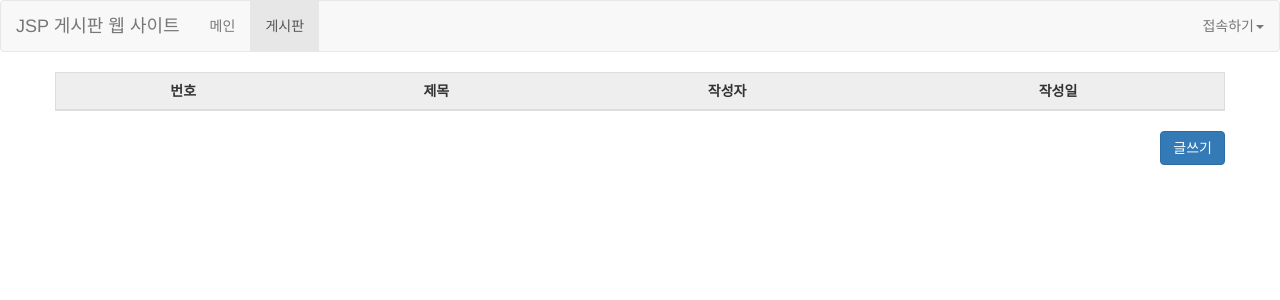
Repository: dbfjd01/save
Page: http://localhost/BBS/bbs.jsp
The author's editor kept a copy of each file at every save. The page is drawn from the files as they stood at one save, then again after the next save.
The browser window is 1280 px wide. The pictures show the whole page.
Some web libraries are served in a nearby version. The page is served by Tomcat 9. Other server files are loaded and not shown. Queries for data that is not in the repository find no rows.

Above is the page before, as saved 2021-07-02 06:56:34.

### Test/BBS/src/main/webapp/bbs.jsp
<%@ page language="java" contentType="text/html; charset=UTF-8"
    pageEncoding="UTF-8"%>
<%@ page import="java.io.PrintWriter" %>
<%@ page import="bbs.BbsDAO" %>
<%@ page import="bbs.Bbs" %>
<%@ page import="java.util.ArrayList" %>
<!DOCTYPE html>
<html>
<head>
<meta charset="UTF-8">
<!-- 화면 최적화 -->
<meta name="viewport" content="width-device-width", initial-scale="1">
<!-- 루트 폴더에 부트스트랩을 참조하는 링크 -->
<link rel="stylesheet" href="css/bootstrap.css">
<title>JSP 게시판 웹 사이트</title>
<style type="text/css">
	a, a:hover{
		color: #000000;
		text-decoration: none;
	}
</style>
</head>
<body>
	<%
		// 메인 페이지로 이동했을 때 세션에 값이 담겨있는지 체크
		String userID = null;
		if(session.getAttribute("userID") != null){
			userID = (String)session.getAttribute("userID");
		}
		int pageNumber = 1; //기본은 1 페이지를 할당
		// 만약 파라미터로 넘어온 오브젝트 타입 'pageNumber'가 존재한다면
		// 'int'타입으로 캐스팅을 해주고 그 값을 'pageNumber'변수에 저장한다
		if(request.getParameter("pageNumber") != null){
			pageNumber = Integer.parseInt(request.getParameter("pageNumber"));
		}
	%>
	<nav class="navbar navbar-default"> <!-- 네비게이션 -->
		<div class="navbar-header"> 	<!-- 네비게이션 상단 부분 -->
			<!-- 네비게이션 상단 박스 영역 -->
			<button type="button" class="navbar-toggle collapsed"
				data-toggle="collapse" data-target="#bs-example-navbar-collapse-1"
				aria-expanded="false">
				<!-- 이 삼줄 버튼은 화면이 좁아지면 우측에 나타난다 -->
				<span class="icon-bar"></span>
				<span class="icon-bar"></span>
				<span class="icon-bar"></span>
			</button>
			<!-- 상단 바에 제목이 나타나고 클릭하면 main 페이지로 이동한다 -->
			<a class="navbar-brand" href="main.jsp">JSP 게시판 웹 사이트</a>
		</div>
		<!-- 게시판 제목 이름 옆에 나타나는 메뉴 영역 -->
		<div class="collapse navbar-collapse" id="bs-example-navbar-collapse-1">
			<ul class="nav navbar-nav">
				<li><a href="main.jsp">메인</a></li>
				<li class="active"><a href="bbs.jsp">게시판</a></li>
			</ul>
			<%
				// 로그인 하지 않았을 때 보여지는 화면
				if(userID == null){
			%>
			<!-- 헤더 우측에 나타나는 드랍다운 영역 -->
			<ul class="nav navbar-nav navbar-right">
				<li class="dropdown">
					<a href="#" class="dropdown-toggle"
						data-toggle="dropdown" role="button" aria-haspopup="true"
						aria-expanded="false">접속하기<span class="caret"></span></a>
					<!-- 드랍다운 아이템 영역 -->
					<ul class="dropdown-menu">
						<li><a href="login.jsp">로그인</a></li>
						<li><a href="join.jsp">회원가입</a></li>
					</ul>
				</li>
			</ul>
			<%
				// 로그인이 되어 있는 상태에서 보여주는 화면
				}else{
			%>
			<!-- 헤더 우측에 나타나는 드랍다운 영역 -->
			<ul class="nav navbar-nav navbar-right">
				<li class="dropdown">
					<a href="#" class="dropdown-toggle"
						data-toggle="dropdown" role="button" aria-haspopup="true"
						aria-expanded="false">회원관리<span class="caret"></span></a>
					<!-- 드랍다운 아이템 영역 -->
					<ul class="dropdown-menu">
						<li><a href="logoutAction.jsp">로그아웃</a></li>
					</ul>
				</li>
			</ul>
			<%
				}
			%>
		</div>
	</nav>
	<!-- 네비게이션 영역 끝 -->

	<!-- 게시판 메인 페이지 영역 시작 -->
	<div class="container">
		<div class="row">
			<table class="table table-striped" style="text-align: center; border: 1px solid #dddddd">
				<thead>
					<tr>
						<th style="background-color: #eeeeee; text-align: center;">번호</th>
						<th style="background-color: #eeeeee; text-align: center;">제목</th>
						<th style="background-color: #eeeeee; text-align: center;">작성자</th>
						<th style="background-color: #eeeeee; text-align: center;">작성일</th>
					</tr>
				</thead>
				<tbody>
					<%
						BbsDAO bbsDAO = new BbsDAO(); // 인스턴스 생성
						ArrayList<Bbs> list = bbsDAO.getList(pageNumber);
						for(int i = 0; i < list.size(); i++){
					%>
					<tr>
						<td><%= list.get(i).getBbsID() %></td>
						<!-- 게시글 제목을 누르면 해당 글을 볼 수 있도록 링크를 걸어둔다 -->
						<td><a href="view.jsp?bbsID=<%= list.get(i).getBbsID() %>">
							<%= list.get(i).getBbsTitle() %></a></td>
						<td><%= list.get(i).getUserID() %></td>
						<!-- 시간표시 -->
					</tr>
					<%
						}
					%>
				</tbody>
			</table>

			<!-- 페이징 처리 영역 -->
			<%
				if(pageNumber != 1){
			%>
				<a href="bbs.jsp?pageNumber=<%=pageNumber - 1 %>"
					class="btn btn-success btn-arraw-left">이전</a>
			<%
				}if(bbsDAO.nextPage(pageNumber + 1)){
			%>
				<a href="bbs.jsp?pageNumber=<%=pageNumber + 1 %>"
					class="btn btn-success btn-arraw-left">다음</a>
			<%
				}
			%>

			<!-- 글쓰기 버튼 생성 -->
			<a href="write.jsp" class="btn btn-primary pull-right">글쓰기</a>
		</div>
	</div>
	<!-- 게시판 메인 페이지 영역 끝 -->

	<!-- 부트스트랩 참조 영역 -->
	<script src="https://code.jquery.com/jquery-3.1.1.min.js"></script>
	<script src="js/bootstrap.js"></script>
</body>
</html>

### Test/BBS/src/main/java/bbs/BbsDAO.java
package bbs;

import java.sql.Connection;
import java.sql.DriverManager;
import java.sql.PreparedStatement;
import java.sql.ResultSet;
import java.util.ArrayList;

public class BbsDAO {
	private Connection conn;
	private ResultSet rs;

	//기본 생성자
	public BbsDAO() {
		try {
			String dbURL="jdbc:oracle:thin:@localhost:1521:xe";
			String dbID="bb";
			String dbPassword="bb";
			Class.forName("oracle.jdbc.driver.OracleDriver");
			conn=DriverManager.getConnection(dbURL,dbID,dbPassword);
		}catch (Exception e) {
			e.printStackTrace();
		}
	}

	//작성일자 메소드
		public String getDate() {
			String sql = "select bbsDate from bbs";
			try {
				PreparedStatement pstmt = conn.prepareStatement(sql);
				rs = pstmt.executeQuery();
				if(rs.next()) {
					return rs.getString(1);
				}
			}catch (Exception e) {
				e.printStackTrace();
			}
			return ""; //데이터베이스 오류
		}

	//게시글 번호 부여 메소드
	public int getNext() {
		//현재 게시글을 내림차순으로 조회하여 가장 마지막 글의 번호를 구한다
		String sql = "select bbsID from bbs order by bbsID desc";
		try {
			PreparedStatement pstmt = conn.prepareStatement(sql);
			rs = pstmt.executeQuery();
			if(rs.next()) {
				return rs.getInt(1) + 1;
			}
			return 1; //첫 번째 게시물인 경우
		}catch (Exception e) {
			e.printStackTrace();
		}
		return -1; //데이터베이스 오류
	}

	//글쓰기 메소드
	public int write(String bbsTitle, String userID, String bbsContent) {
		String sql = "insert into bbs values(?, ?, ?, ?, ?, ?)";
		try {
			PreparedStatement pstmt = conn.prepareStatement(sql);
			pstmt.setInt(1, getNext());
			pstmt.setString(2, bbsTitle);
			pstmt.setString(3, userID);
			pstmt.setString(4, getDate());
			pstmt.setString(5, bbsContent);
			pstmt.setInt(6, 1); //글의 유효번호
			return pstmt.executeUpdate();
		}catch (Exception e) {
			e.printStackTrace();
		}
		return -1; //데이터베이스 오류
	}

	//게시글 리스트 메소드
		public ArrayList<Bbs> getList(int pageNumber){
			String sql = "select * from bbs where bbsID < ? and bbsAvailable = 1 and rownum <=10 order by bbsID desc ";
			ArrayList<Bbs> list = new ArrayList<Bbs>();
			try {
				PreparedStatement pstmt = conn.prepareStatement(sql);
				pstmt.setInt(1, getNext() - (pageNumber - 1) * 10);
				rs = pstmt.executeQuery();
				while(rs.next()) {
					Bbs bbs = new Bbs();
					bbs.setBbsID(rs.getInt(1));
					bbs.setBbsTitle(rs.getString(2));
					bbs.setUserID(rs.getString(3));
					bbs.setBbsDate(rs.getString(4));
					bbs.setBbsContent(rs.getString(5));
					bbs.setBbsAvailable(rs.getInt(6));
					list.add(bbs);
				}
			}catch (Exception e) {
				e.printStackTrace();
			}
			return list;
		}

		//페이징 처리 메소드
		public boolean nextPage(int pageNumber) {
			String sql = "select * from bbs where bbsID < ? and bbsAvailable = 1";
			try {
				PreparedStatement pstmt = conn.prepareStatement(sql);
				pstmt.setInt(1, getNext() - (pageNumber - 1) * 10);
				rs = pstmt.executeQuery();
				if(rs.next()) {
					return true;
				}
			}catch (Exception e) {
				e.printStackTrace();
			}
			return false;
		}

		//하나의 게시글을 보는 메소드
		public Bbs getBbs(int bbsID) {
			String sql = "select * from bbs where bbsID = ?";
			try {
				PreparedStatement pstmt = conn.prepareStatement(sql);
				pstmt.setInt(1, bbsID);
				rs = pstmt.executeQuery();
				if(rs.next()) {
					Bbs bbs = new Bbs();
					bbs.setBbsID(rs.getInt(1));
					bbs.setBbsTitle(rs.getString(2));
					bbs.setUserID(rs.getString(3));
					bbs.setBbsDate(rs.getString(4));
					bbs.setBbsContent(rs.getString(5));
					bbs.setBbsAvailable(rs.getInt(6));
					return bbs;
				}
			}catch (Exception e) {
				e.printStackTrace();
			}
			return null;
		}

		//게시글 수정 메소드
		public int update(int bbsID, String bbsTitle, String bbsContent) {
			String sql = "update bbs set bbsTitle = ?, bbsContent = ? where bbsID = ?";
			try {
				PreparedStatement pstmt = conn.prepareStatement(sql);
				pstmt.setString(1, bbsTitle);
				pstmt.setString(2, bbsContent);
				pstmt.setInt(3, bbsID);
				return pstmt.executeUpdate();
			}catch (Exception e) {
				e.printStackTrace();
			}
			return -1; //데이터베이스 오류
		}

		//게시글 삭제 메소드
		public int delete(int bbsID) {
			//실제 데이터를 삭제하는 것이 아니라 게시글 유효숫자를 '0'으로 수정한다
			String sql = "update bbs set bbsAvailable = 0 where bbsID = ?";
			try {
				PreparedStatement pstmt = conn.prepareStatement(sql);
				pstmt.setInt(1, bbsID);
				return pstmt.executeUpdate();
			}catch (Exception e) {
				e.printStackTrace();
			}
			return -1; //데이터베이스 오류
		}

}

Loaded but not shown: Test/BBS/src/main/webapp/css/bootstrap.css (library); Test/BBS/src/main/webapp/js/bootstrap.js (library)

After the next save:
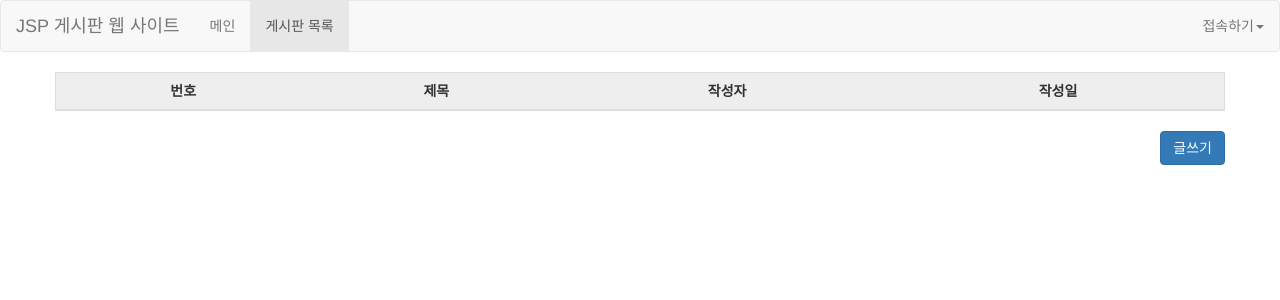
Saved 118 s later.
--- a/Test/BBS/src/main/webapp/bbs.jsp
+++ b/Test/BBS/src/main/webapp/bbs.jsp
@@ -52,7 +52,7 @@
 		<div class="collapse navbar-collapse" id="bs-example-navbar-collapse-1">
 			<ul class="nav navbar-nav">
 				<li><a href="main.jsp">메인</a></li>
-				<li class="active"><a href="bbs.jsp">게시판</a></li>
+				<li class="active"><a href="bbs.jsp">게시판 목록</a></li>
 			</ul>
 			<%
 				// 로그인 하지 않았을 때 보여지는 화면
